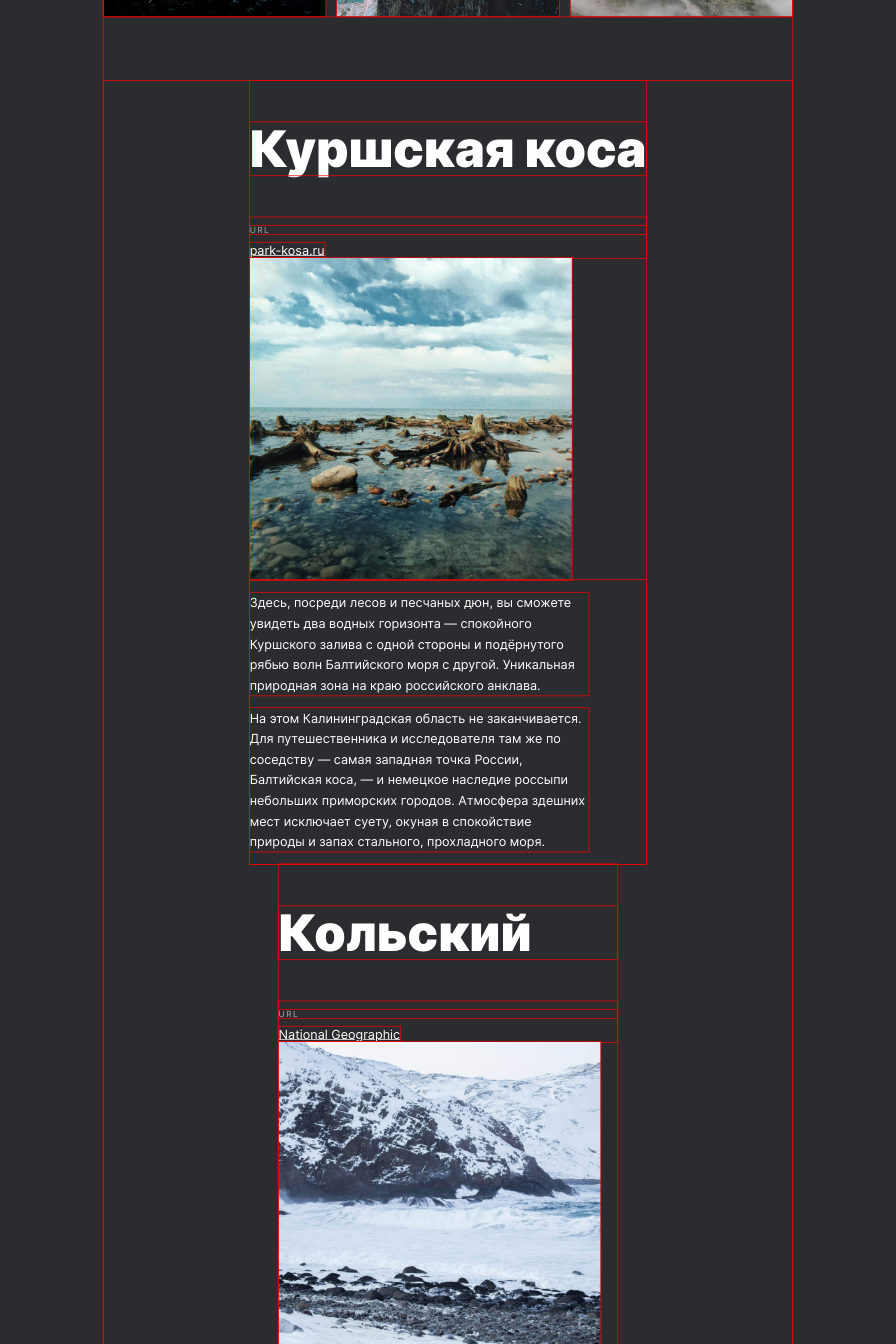
Repository: 89373611988/russia-travel
Page: index.html
The author's editor kept a copy of each file at every save. The page is drawn from the files as they stood at one save, then again after the next save.
The browser window is 1280 px wide. The pictures show the part of the page from y = 2732 to 4652 px (the page is 9393 px tall before and 9720 px after), at 70% of full size.

Above is the page before, as saved 2021-12-22 20:50:37.

### index.html
<!DOCTYPE html>
<html lang="ru">
  <head>
    <meta charset="UTF-8" />
    <meta name="viewport" content="width=device-width, initial-scale=1">
    <title>Путешествие по России</title>
    <link rel="stylesheet" href="pages/index.css" />
  </head>

  <body>
    <div class="page">
      <header class="header page__header">
        <img src="./images/header-logo.svg" alt="" class="header__logo">
        <ul class="header__list">
          <li class="header__item">
            <a href="#" target="_blank" class="header__lang-link">Ru</a>
          </li>
          <li class="header__item">
            <a href="#" target="_blank" class="header__lang-link">En</a>
          </li>
        </ul>
      </header>
      <main class="content">

        <section class="lead">
          <h1 class="lead__title">Путешествия по России</h1>
          <p class="lead__subtitle">Настоящая страна не в выпусках новостей, а здесь.</p>
          <img src="./images/lead-polka.jpg" alt="Отдых в вагоне" class="lead__image">
          <p class="lead__caption">ваша полка — верхняя</p>
        </section>


        <section class="intro page__intro">
          <h2 class="intro__title">Чего мы там не видели?</h2>
          <p class="intro__text">По опросам ВЦИОМ, 95% россиян мечтают куда-нибудь поехать, но только 36% планируют провести отпуск в родной стране. Мол, чего мы тут, дома, не видели? На самом деле, Россия — это целая вселенная с ласковым морем юга, густыми лесами Саян и суровыми льдами плато Путорана. А ещё увидеть все эти красоты можно без миллионов на счету, загранпаспорта и многочасовых перелетов. Как, например, Вера Башмакова — смелая молодая мама, которая взяла в охапку троих детей, усадила их в свою «Ладу» и проехала 20 тысяч километров по родной стране. Мы выбрали и описали некоторые интересные места, достойные вашего отпуска.</p>
          <ul class="intro__list">
            <li class="intro__item">Часовых поясов
              <span class="intro__number">11</span>
            </li>
            <li class="intro__item">Объектов природного наследия ЮНЕСКО
              <span class="intro__number">12</span>
            </li>
            <li class="intro__item">Объектов культурного наследия ЮНЕСКО
              <span class="intro__number">16</span>
            </li>
            <li class="intro__item">Природных заповедников
              <span class="intro__number">105</span>
            </li>
            <li class="intro__item">Аэропортов
              <span class="intro__number">241</span>
            </li>
          </ul>
        </section>


        <section class="photo-grid">
          <img src="./images/photo-grid-train.jpg" alt="Вид из окна вагона" class="photo-grid__item">
          <img src="./images/photo-grid-atharva-tulsi.jpg" alt="Облака в горах" class="photo-grid__item">
          <img src="./images/photo-grid-tuman.jpg" alt="Собака на сене" class="photo-grid__item">
          <img src="./images/photo-grid-sochi.jpg" alt="Туман в горах" class="photo-grid__item">
          <img src="./images/photo-grid-arisa.jpg" alt="Машина на льду" class="photo-grid__item">
          <img src="./images/photo-grid-baikal.jpg" alt="Берег Байкала" class="photo-grid__item">
          <img src="./images/photo-grid-elbrus.jpg" alt="Гора Эльбрус" class="photo-grid__item">
          <img src="./images/photo-grid-kondratiev.jpg" alt="Пешеходный переход" class="photo-grid__item">
          <img src="./images/photo-grid-kamchatka-1.jpg" alt="Горный барельеф на Камчатке" class="photo-grid__item">
          <img src="./images/photo-grid-kamchatka-2.jpg" alt="Камчатка Гора" class="photo-grid__item">
          <img src="./images/photo-grid-baikal-2.jpg" alt="Горный берг Байкала" class="photo-grid__item">
          <img src="./images/photo-grid-ergaki.jpg" alt="Горы в тумане" class="photo-grid__item">
        </section>


        <section class="places page__places">
          <div class="place">
            <h2 class="place__title">Куршская коса</h2>
            <div class="place__website">
              <h3 class="place__url-heading">URL</h3>
              <a href="http://park-kosa.ru" class="place__link">park-kosa.ru</a>
            </div>
            <img src="./images/place-kosa.jpg" alt="Куршский залив" class="place__image">
            <div class="place__container">
              <p class="place__paragraph">Здесь, посреди лесов и песчаных дюн, вы сможете увидеть два водных горизонта — спокойного Куршского залива с одной стороны и подёрнутого рябью волн Балтийского моря с другой. Уникальная природная зона на краю российского анклава.</p>
            <p class="place__paragraph">На этом Калининградская область не заканчивается. Для путешественника и исследователя там же по соседству — самая западная точка России, Балтийская коса, — и немецкое наследие россыпи небольших приморских городов. Атмосфера здешних мест исключает суету, окуная в спокойствие природы и запах стального, прохладного моря.</p>
            </div>
          </div>
          <div class="place">
            <h2 class="place__title">Кольский</h2>
            <div class="place__website">
              <h3 class="place__url-heading">URL</h3>
              <a href="https://yourshot.nationalgeographic.com/photos/?keywords=kolskiy" class="place__link">National Geographic</a>
            </div>
            <img src="./images/place-kolsky.jpg" alt="Кольский полуостров" class="place__image">
            <div class="place__container">
              <p class="place__paragraph">Почти весь полуостров находится за Полярным кругом. Саамская тундра, от которой на юг — тайга, а на север — Ледовитый океан, прикидывающийся Баренцевым морем.</p>
              <p class="place__paragraph">Возможно, вы смотрели Звягинцева и даже слышали историю арктического фестиваля в Териберке. Возможно, слово «Хибины» не осталось под снегом школьных воспоминаний об уроках географии. Возможно, вы не интересовались пронизывающей земную кору сверхглубокой скважиной, а от апатитов вас давно накрывает апатия. Но ваша мечта увидеть северное сияние начинает сбываться с билетом в Мурманск.</p>
            </div>
          </div>
          <div class="place">
            <h2 class="place__title">Алтай</h2>
            <div class="place__website">
              <h3 class="place__url-heading">URL</h3>
              <a href="https://www.facebook.com/vera.bashmakova/posts/10156011613718822" class="place__link">Facebook</a>
            </div>
            <img src="./images/place-altai.jpg" alt="Природа Алтая" class="place__image">
            <div class="place__container">
              <p class="place__paragraph">Алтай — одно из красивейших мест в России.
                В первую очередь из-за гор: если ехать вдоль хребта, вы увидите склоны, усыпанные соснами, горные реки и озёра. А если вы откроете в автомобиле окна, сможете познакомиться с невидимым чудом здешних мест — горным воздухом.</p>
              <p class="place__paragraph">Климат на Алтае умеренный, поэтому ехать сюда лучше всего летом. Так вы увидите всё разнообразие местной флоры и фауны. По лесам Алтая бродят лоси, над хребтами летают орлы, а на равнинах пасутся косули. И знаменитые манулы — тоже обитатели Алтайского края.</p>
            </div>
          </div>
          <div class="place">
            <h2 class="place__title">Зимний Байкал</h2>
            <div class="place__website">
              <h3 class="place__url-heading">URL</h3>
              <a href="https://vk.com/baikalmile" class="place__link">https://vk.com/baikalmile</a>
            </div>
            <img src="./images/place-winter-baikal.jpg" alt="Морозные узора" class="place__image">
            <div class="place__container">
              <p class="place__paragraph">Всем известен Байкал как крупнейшее озеро
                в мире. Многие также знают, что это самый большой источник пресной воды и одно из красивейших мест в России.</p>
              <p class="place__paragraph">Конечно, это всё так. Но Байкал ещё идеальное    место для соревнований по скийорингу. Это такой вид спорта, когда лыжник привязывает себя к мотоциклу, и тандем старается развить как можно бóльшую скорость на льду. В марте 2019 года на фестивале «Байкальская миля» был поставлен мировой рекорд — 197.011 км/ч.</p>
            </div>
          </div>
          <div class="place">
            <h2 class="place__title">Карелия</h2>
            <div class="place__website">
              <h3 class="place__url-heading">URL</h3>
              <a href="http://vodlozero.ru" class="place__link">http://vodlozero.ru/</a>
            </div>
            <img src="./images/place-karelia.jpg" alt="Река в лесу" class="place__image">
            <div class="place__container">
              <p class="place__paragraph">Сибирь заканчивается не на Урале, а в Карелии: образующая тайгу сибирская лиственница не растёт западнее Водлозера. Зато здесь она вымахивает на 30 метров — леса карельских национальных парков из-за непроходимых болот никогда не знали топора. Некоторым соснам уже больше чем полтысячелетия. Прикоснитесь к живому существу, видевшему солнце раньше, чем увидал его Иван Грозный. В девственном лесу на сотню километров не встретишь тропы. А на редких тропинках деревья в паре метров от земли помечены медвежьими когтями. Чтобы все знали, кто тут хозяин.</p>
            </div>
          </div>
        </section>


        <section class="cover page__cover">
          <a href="https://stampsy.com/na-elektrichkakh-do-baikala" class="cover__overlay">
            <h2 class="cover__title">До Байкала «на собаках»</h2>
            <p class="cover__subtitle">По мотивам учебной темы о Транссибе — путешествие от столицы до Байкала на электричках.</p>
          </a>
        </section>
      </main>


      <footer class="footer">
        <ul class="footer__list">
          <li class="footer__item">
            <a href="https://yandex.ru/maps" class="footer__link">Карты</a>
          </li>
          <li class="footer__item">
            <a href="https://yandex.ru/pogoda" class="footer__link">Погода</a>
          </li>
          <li class="footer__item">
            <a href="https://rasp.yandex.ru" class="footer__link">Расписание</a>
          </li>
          <li class="footer__item">
            <a href="https://calendar.yandex.ru" class="footer__link">Календарь</a>
          </li>
          <li class="footer__item">
            <a href="https://travel.yandex.ru" class="footer__link">Путешествия</a>
          </li>
        </ul>
        <p class="footer__copyright">&copy; 2021. Эльвира Киямова</p>
      </footer>

    </div>
  </body>
</html>

### blocks/page/page.css
* {
  outline-width: 1px;
  outline-style: solid;
  outline-color: red;
}

.page {
  color: #ffffff;
  background-color: #2a2c2f;
  font-family: 'Inter', Arial, sans-serif;
  font-style: normal;
  padding: 28px 0 24px;
  -moz-osx-font-smoothing: grayscale;
  -webkit-font-smoothing: antialiased;
  -webkit-text-size-adjust: 100%;
  -ms-text-size-adjust: 100%;
  -moz-text-size-adjust: 100%;
  text-rendering: optimizeLegibility;
  display: flex;
  flex-direction: column;
  align-items: center;
}

### blocks/page/__header/page__header.css
.page__header {
  margin-bottom: 56px;
}

### blocks/page/__intro/page__intro.css
.page__intro {
  margin: 92px 0;
}

### blocks/page/__cover/page__cover.css
.page__cover {
  margin: 92px 0;
}

### blocks/page/__places/page__places.css
.page__places {
  margin: 92px auto 0;
}

### blocks/header/header.css
.header {
  display: flex;
  flex-direction: row;
  justify-content: space-between;
  width: 1184px;
}

@media (max-width: 1200px) {
  .header {
    width: 928px;
  }
}

@media (max-width: 940px) {
  .header {
    width: 720px;
  }
}

@media (max-width: 768px) {
  .header {
    width: 720px;
  }
}

@media (max-width: 730px) {
  .header {
    width: 600px;
  }
}

@media (max-width: 640px) {
  .header {
    width: 500px;
  }
}

@media (max-width: 540px) {
  .header {
    width: 400px;
  }
}

@media (max-width: 440px) {
  .header {
    width: 300px;
  }
}

@media (max-width: 320px) {
  .header {
    width: 288px;
  }
}

### blocks/header/__logo/header__logo.css
.header__logo {
  width: 176px;
  height: 52px;
}

@media (max-width: 500px) {
  .header__logo {
    width: 142px;
    height: 42px;
  }
}

### blocks/header/__list/header__list.css
.header__list {
  display: flex;
  flex-direction: row;
  align-items: flex-end;
  padding: 0;
  margin: 0;
}

### blocks/header/__item/header__item.css
.header__item {
  list-style-type: none;
  width: 30px;
  height: 28px;
}

.header__item:first-child {
  margin-right: 18px;
  text-decoration: underline;
}

### blocks/header/__lang-link/header__lang-link.css
.header__lang-link {
  font-size: 24px;
  line-height: 28px;
  color: #fff;
  text-decoration: none;
}

@media (max-width: 500px) {
  .header__lang-link {
    font-size: 18px;
    line-height: 20px;
  }
}

### blocks/content/content.css
@media (max-width: 320px) {
  .content {
    max-width: 320px;
  }
}

### blocks/lead/lead.css
.lead {
  display: flex;
  flex-direction: column;
  align-items: center;
}

@media (max-width: 1280px) {
  .lead {
    max-width: 984px;
  }
}

@media (max-width: 1100px) {
  .lead {
    margin: 0 48px;
    max-width: 928px;
  }
}

@media (max-width: 330px) {
  .lead {
    max-width: 320px;
  }
}

@media (max-width: 1024px) {
  .lead {
    margin: 0 48px;
    max-width: 768px;
}
}

@media (max-width: 850px) {
  .lead {
    margin: 0 auto;
    max-width: 768px;
  }
}

@media (max-width: 350px) {
  .lead {
    margin: 0;
  }
}

### blocks/lead/__title/lead__title.css
.lead__title {
  font-weight: 900;
  font-size: 96px;
  line-height: 100px;
  max-width: 720px;
  text-align: center;
  align-self: center;
  margin: 0;
}

@media (max-width: 768px) {
  .lead__title {
    font-size: 70px;
    line-height: 80px;
    max-width: 500px;
  }
}

@media (max-width: 520px) {
  .lead__title {
    font-size: 50px;
    line-height: 70px;
    max-width: 400px;
  }
}

@media (max-width: 440px) {
  .lead__title {
    font-size: 45px;
    line-height: 50px;
    max-width: 330px;
  }
}

@media (max-width: 320px) {
  .lead__title {
    font-size: 40px;
    line-height: 44px;
    max-width: 288px;
  }
}

### blocks/lead/__subtitle/lead__subtitle.css
.lead__subtitle {
  font-size: 30px;
  line-height: 36px;
  align-self: center;
  margin: 32px 0 64px;
  max-width: 640px;
  text-align: center;
}

@media (max-width: 680px) {
  .lead__subtitle {
    font-size: 28px;
    line-height: 30px;
    max-width: 550px;
  }
}

@media (max-width: 575px) {
  .lead__subtitle {
    font-size: 25px;
    line-height: 30px;
    max-width: 400px;
  }
}

@media (max-width: 430px) {
  .lead__subtitle {
    font-size: 18px;
    line-height: 25px;
    max-width: 300px;
  }
}

@media (max-width: 320px) {
  .lead__subtitle {
    font-size: 16px;
    line-height: 20px;
    max-width: 288px;
  }
}

### blocks/lead/__image/lead__image.css
.lead__image {
  max-width: 984px;
  max-height: 615px;
  margin: 0 auto;
}

@media (max-width: 1100px) {
  .lead__image {
    margin: 0 48px;
    width: 100%;
  }
}

@media (max-width: 1024px) {
  .lead__image {
    margin: 0 48px;
    max-width: 768px;
  }
}

@media (max-width: 850px) {
  .lead__image {
    margin: 0;
    width: 100%;
  }
}

@media (max-width: 320px) {
  .lead__image {
    max-width: 320px;
  }
}

### blocks/lead/__caption/lead__caption.css
.lead__caption {
  font-size: 10px;
  line-height: 14px;
  letter-spacing: 1.5px;
  margin: 8px 0 0;
  text-transform: uppercase;
  align-self: flex-start;
}

@media (max-width: 768px) {
  .lead__caption {
    margin-left: 24px;
  }
}

@media (max-width: 330px) {
  .photo-grid {
    max-width: 320px;
    margin-left: 16px;
  }
}

### blocks/intro/intro.css
.intro {
  max-width: 690px;
}

@media (max-width: 1024px) {
  .intro {
    margin-left: 48px;
  }
}

@media (max-width: 768px) {
  .intro {
    max-width: 720px;
    margin-left: 24px;
    margin-right: 24px;
  }
}

@media (max-width: 320px) {
  .intro {
    max-width: 288px;
    margin-left: 16px;
    margin-right: 16px;
  }
}

### blocks/intro/__title/intro__title.css
.intro__title {
  margin: 0;
  font-weight: 900;
  font-size: 54px;
  line-height: 58px;
}

@media (max-width: 768px) {
  .intro__title {
    font-size: 40px;
    line-height: 40px;
  }
}

@media (max-width: 400px) {
  .intro__title {
    font-size: 32px;
    line-height: 35px;
  }
}

### blocks/intro/__text/intro__text.css
.intro__text {
  font-size: 16px;
  line-height: 163%;
  margin: 40px 0 33px;
}

### blocks/intro/__list/intro__list.css
.intro__list {
  margin: 0;
  padding: 0;
  font-weight: bold;
  font-size: 12px;
  line-height: 18px;
}

### blocks/intro/__item/intro__item.css
.intro__item {
  list-style-type: none;
}

### blocks/intro/__number/intro__number.css
.intro__number {
  font-weight: normal;
}

### blocks/photo-grid/photo-grid.css
.photo-grid {
  display: grid;
  justify-content: center;
  grid-template-columns: repeat(auto-fit, minmax(284px, 1fr));
  grid-template-rows: repeat(auto-fit, minmax(213px, 1fr));
  gap: 16px;
  padding: 0;
  margin: 0;
}

@media (max-width: 1024px) {
  .photo-grid {
    gap: 14px;
    margin: 0 48px;
  }
}

@media (max-width: 770px) {
  .photo-grid {
    gap: 16px;
    margin: 0 24px;
  }
}

@media (max-width: 330px) {
  .photo-grid {
    width: 288px;
    margin: 0 auto;
  }
}

### blocks/places/places.css
.places {
  max-width: 984px;
  display: flex;
  flex-direction: column;
  align-items: center;
}

@media (max-width: 1024px) {
  .places {
    max-width: 928px;
    margin: 88px auto 0;
  }
}

@media (max-width: 960px) {
  .places {
    max-width: 928px;
    margin: 88px auto 0;
  }
}

@media (max-width: 930px) {
  .places {
    max-width: 720px;
    margin: 88px auto 0;
  }
}

@media (max-width: 730px) {
  .places {
    max-width: 500px;
  }
}

@media (max-width: 530px) {
  .places {
    max-width: 400px;
  }
}

@media (max-width: 425px) {
  .places {
    max-width: 320px;
    margin: 64px auto 0;
  }
}

### blocks/place/place.css

.place {
   display: grid;

}

### blocks/place/__image/place__image.css
.place__image {
  max-width: 460px;
}

### blocks/place/__link/place__link.css
.place__link {
  color: #fff;
  font-weight: normal;
  font-size: 18px;
  line-height: 22px;
}

### blocks/place/__paragraph/place__paragraph.css
.place__paragraph {
  font-weight: normal;
  font-size: 18px;
  line-height: 163%;
  max-width: 484px;
}

### blocks/place/__title/place__title.css
.place__title {
  font-weight: 900;
  font-size: 72px;
  line-height: 76px;
}

### blocks/place/__url-heading/place__url-heading.css
.place__url-heading {
  font-weight: normal;
  font-size: 12px;
  line-height: 12px;
  letter-spacing: 2px;
  color: #aaa;
}

### blocks/place/__website/place__website.css
.place__website {

}

### blocks/cover/cover.css
.cover {

}

### blocks/cover/__title/cover__title.css
.cover__title {
  font-weight: 900;
  font-size: 72px;
  line-height: 76px;
  margin: 0;
  max-width: 560px;
  white-space: pre-line;
  text-align: center;
}

@media (max-width: 550px) {
  .cover__title {
    font-size: 50px;
    line-height: 45px;
    max-width: 450px;
  }
}

@media (max-width: 450px) {
  .cover__title {
    font-size: 40px;
    line-height: 40px;
    max-width: 320px;
  }
}

@media (max-width: 320px) {
  .cover__title {
    font-size: 32px;
    line-height: 35px;
    max-width: 288px;
  }
}

### blocks/cover/__subtitle/cover__subtitle.css
.cover__subtitle {
  font-size: 18px;
  line-height: 22px;
  margin: 32px 0 0;
  max-width: 360px;
  white-space: pre-line;
  text-align: center;
}

@media (max-width: 400px) {
  .cover__subtitle {
    font-size: 16px;
    line-height: 20px;
    max-width: 330px;
  }
}

@media (max-width: 320px) {
  .cover__subtitle {
    font-size: 14px;
    line-height: 16px;
    max-width: 288px;
  }
}

### blocks/cover/__overlay/cover__overlay.css
.cover__overlay {
  position: relative;
  color: #fff;
  text-decoration: none;
  display: flex;
  flex-direction: column;
  align-items: center;
  justify-content: center;
  min-height: 740px;
  max-width: 1184px;
  background-image: url(../../../images/cover-trains.jpg);
  background-size: cover;
  background-repeat: no-repeat;
  background-position: center;
  box-sizing: border-box;
  z-index: 0;
}

.cover__overlay::before {
  position: absolute;
  content: "";
  left: 0;
  top: 0;
  right: 0;
  bottom: 0;
  background: #2a2c2f;
  opacity: 0.3;
  z-index: -1;
  transition: opacity 0.3s;
}

.cover__overlay:hover::before {
  opacity: 0.7;
}

@media screen and (max-width: 1023px) {
  .cover__overlay {
    max-width: 100%;
  }
}

@media screen and (max-width: 768px) {
  .cover__overlay {
  }
}

@media screen and (max-width: 320px) {
  .cover__overlay {
    min-height: 200px;
  }
}

### blocks/footer/footer.css
.footer {
  width: 1184px;
  display: flex;
  flex-direction: row;
  justify-content: space-between;
}

@media (max-width: 1220px) {
  .footer {
    width: 1000px;
  }
}

@media (max-width: 1024px) {
  .footer {
    width: 928px;
  }
}

@media (max-width: 960px) {
  .footer {
    width: 800px;
  }
}

@media (max-width: 960px) {
  .footer {
    width: 800px;
  }
}

@media (max-width: 840px) {
  .footer {
    width: 750px;
  }
}

@media (max-width: 768px) {
  .footer {
    width: 720px;
  }
}

@media (max-width: 750px) {
  .footer {
    width: 186px;
    flex-direction: column;
    align-self: flex-start;
    margin-left: 16px;
  }
}

### blocks/footer/__list/footer__list.css
.footer__list {
  display: flex;
  flex-direction: row;
  padding: 0;
  margin: 0;
  font-size: 16px;
  line-height: 18px;
}

@media (max-width: 750px) {
  .footer__list {
    flex-direction: column;
    margin-bottom: 48px;
  }
}

@media (max-width: 400px) {
  .footer__list {
    font-size: 24px;
    line-height: 24px;
  }
}

### blocks/footer/__item/footer__item.css
.footer__item {
  list-style-type: none;
  margin-right: 18px;
}

@media (max-width: 750px) {
  .footer__item {
    width: 186px;
    margin-bottom: 32px;
  }
}

### blocks/footer/__link/footer__link.css
.footer__link {
  color: #fff;
  text-decoration: none;
}

.footer__link:hover {
  opacity: 0.7;
  cursor: pointer;
  transition: opacity 0.5s ease;
}

### blocks/footer/__copyight/footer__copyight.css
.footer__copyright {
  margin: 0;
  font-size: 14px;
  line-height: 16px;
}

@media (max-width: 320px) {
  .footer__copyright {
    line-height: 14px;
  }
}

### fonts/fonts/fonts.css
@font-face {
  font-family: 'Inter';
  font-style: normal;
  font-weight: 400;
  src: url("Inter-Regular.woff2") format("woff2"),
  url("Inter-Regular.woff?v=3.15") format("woff");
}

@font-face {
  font-family: 'Inter';
  font-style: normal;
  font-weight: 900;
  src: url("Inter-Black.woff2?v=3.15") format("woff2"),
  url("Inter-Black.woff?v=3.15") format("woff");
}

Loaded but not shown: styles/normalize.css (library); blocks/photo-grid/__item/photo-grid__item.css (common file); pages/index.css (54 lines, source omitted); blocks/place/__container/place__container.css (no copy from this time; the picture is the same without it)

After the next save:
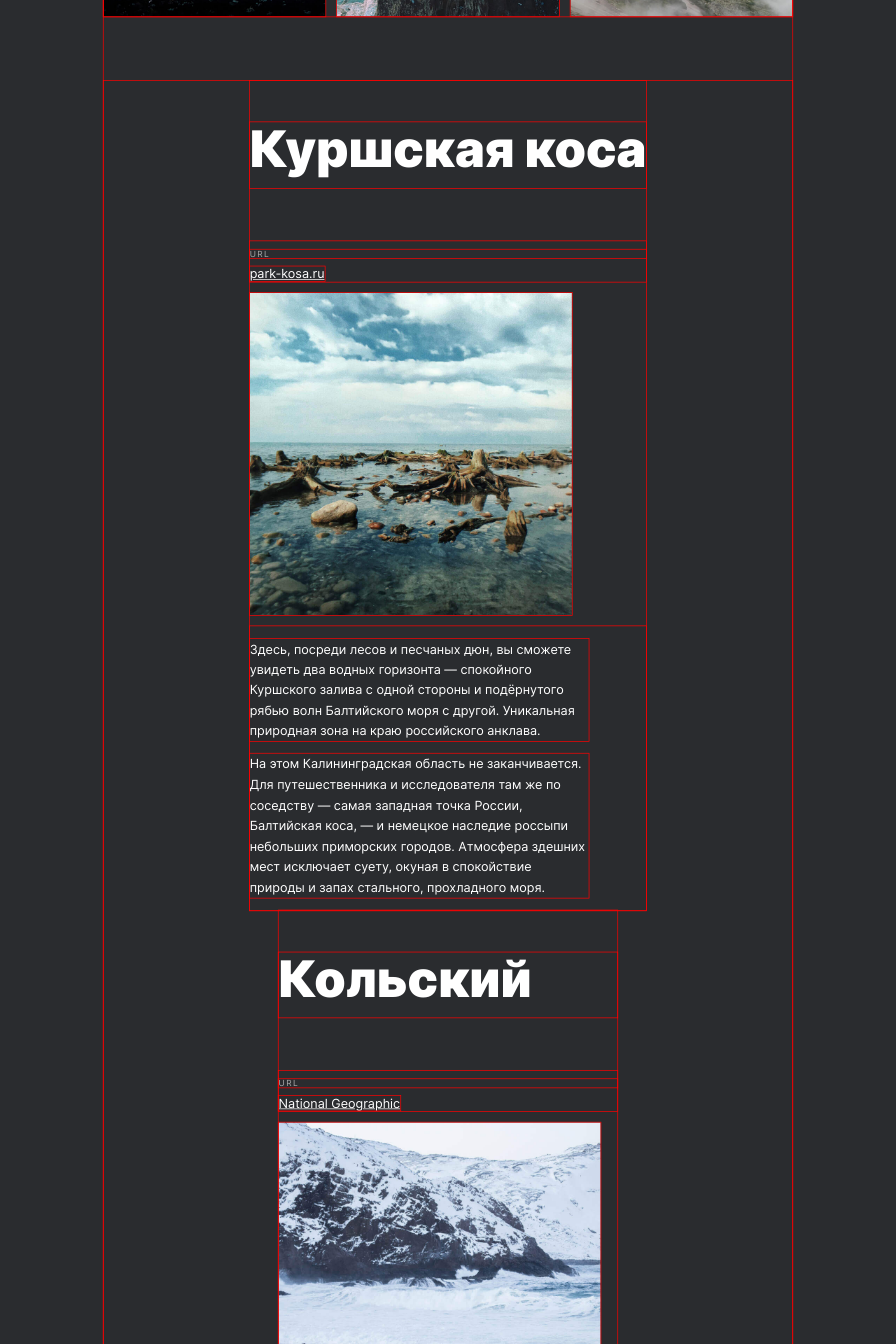
Saved 31 s later.
--- a/blocks/place/place.css
+++ b/blocks/place/place.css
@@ -1,5 +1,9 @@
-
 .place {
-   display: grid;
-
+  display: grid;
+  justify-content: center;
+  grid-template-columns: repeat(auto-fit, minmax(284px, 1fr));
+  grid-template-rows: repeat(auto-fit, minmax(213px, 1fr));
+  gap: 16px;
+  padding: 0;
+  margin: 0;
 }
